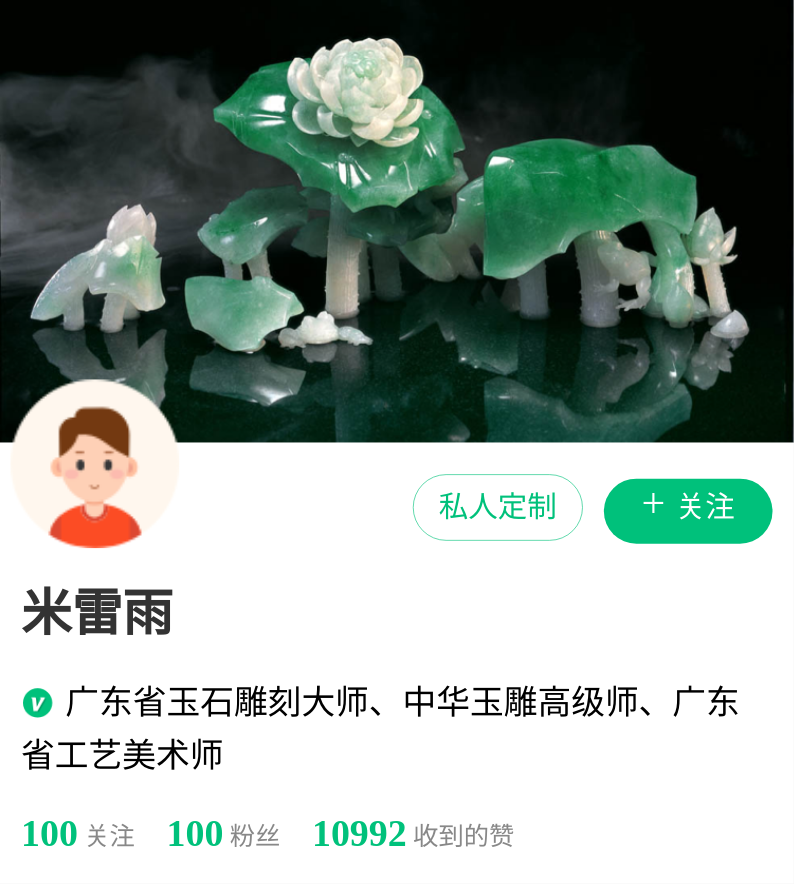
Repository: 1yanglulu/-
Page: html/jadecarvemaincenter.html
These files come from the project's save history. The page is drawn as it stood at one moment and after the next save; the edit follows.
The browser window is 1280 px wide. The pictures show the whole page, at 62% of full size.

Above is the page before, as saved 2020-01-07 15:05:36.

After the next save:
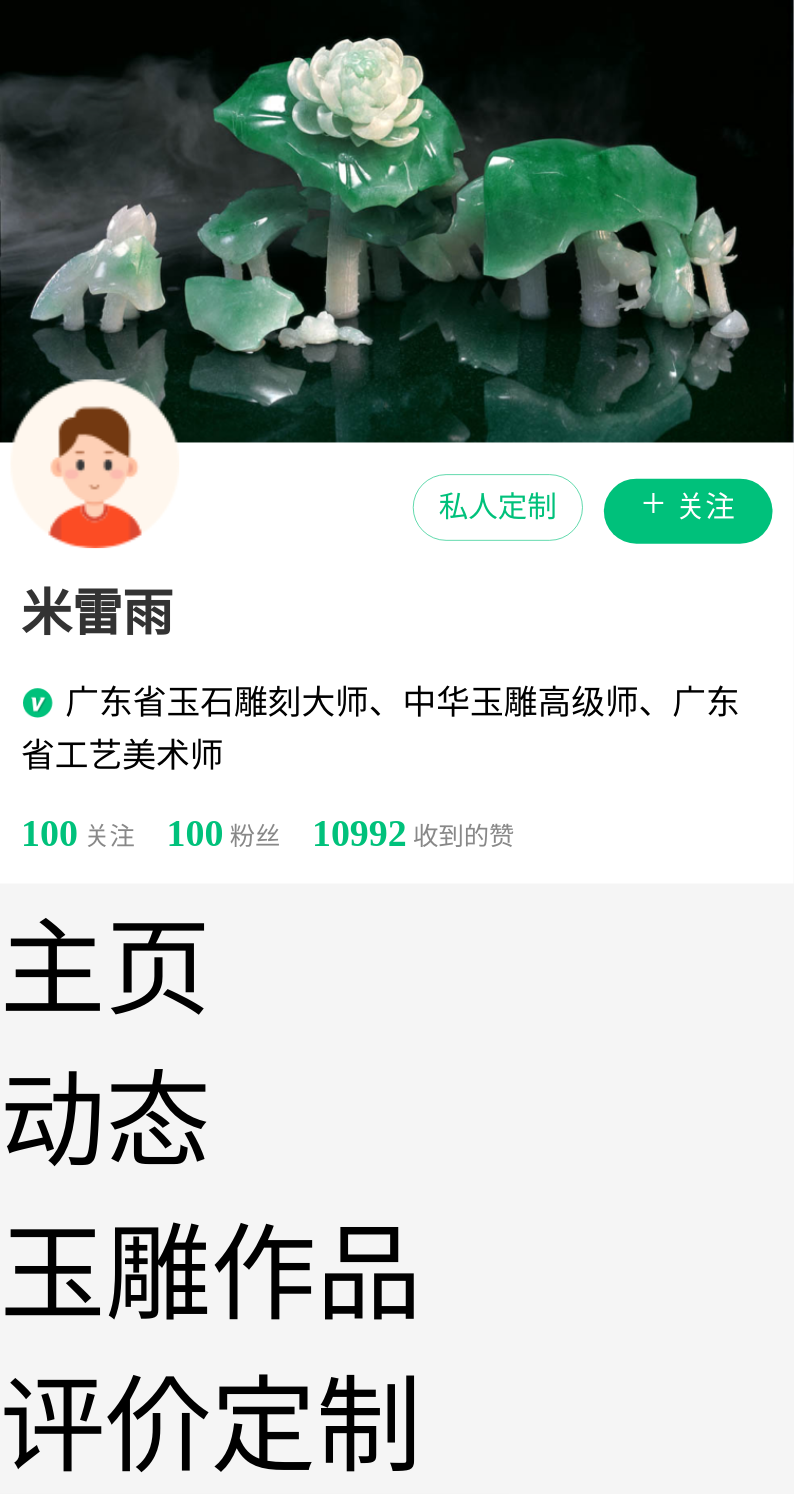
Saved 37 s later.
--- a/html/jadecarvemaincenter.html
+++ b/html/jadecarvemaincenter.html
@@ -32,16 +32,16 @@
     </div>
     <div class="jade-tab">
       <div class="jade-tab-item">
-        <span></span>
+        <span>主页</span>
       </div>
       <div class="jade-tab-item">
-        <span></span>
+        <span>动态</span>
       </div>
       <div class="jade-tab-item">
-        <span></span>
+        <span>玉雕作品</span>
       </div>
       <div class="jade-tab-item">
-        <span></span>
+        <span>评价定制</span>
       </div>
     </div>
   </div>
